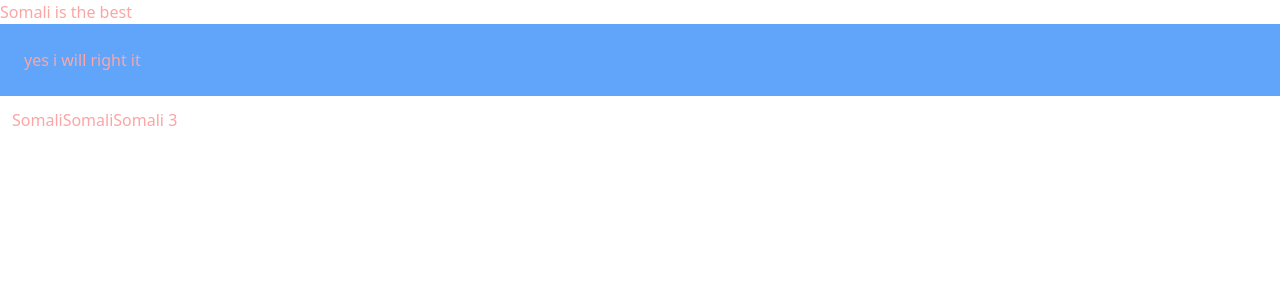
Repository: Abdulahi338/TailwindCss-exercise
Page: index.html
An editor plug-in stored every save of this project. The page is shown before and after the next save, followed by the edit.
The browser window is 1280 px wide. The pictures show the whole page.
Some web libraries are served in a nearby version.

Above is the page before, as saved 2025-06-06 13:16:00.

### index.html
<!DOCTYPE html>
<html lang="en">
<head>
    <meta charset="UTF-8">
    <meta name="viewport" content="width=device-width, initial-scale=1.0">
    <title>Document</title>
  <script src="https://cdn.tailwindcss.com"></script>
</head>
<body>
    <div class="flex flex-center flex-col ">
         <h2 class="text-red-300">Somali is the best</h2>
    <h3 class="text-red-300 p-6 md-12 bg-blue-400">yes i will right it</h3>

    </div>

    <div class="flex  initial-scale  flex-row bg p-3 text-red-300
    ">
    <div class="">Somali</div>
    <div>Somali</div>
    <div>Somali  3</div>

    </div>

</body>
</html>

After the next save:
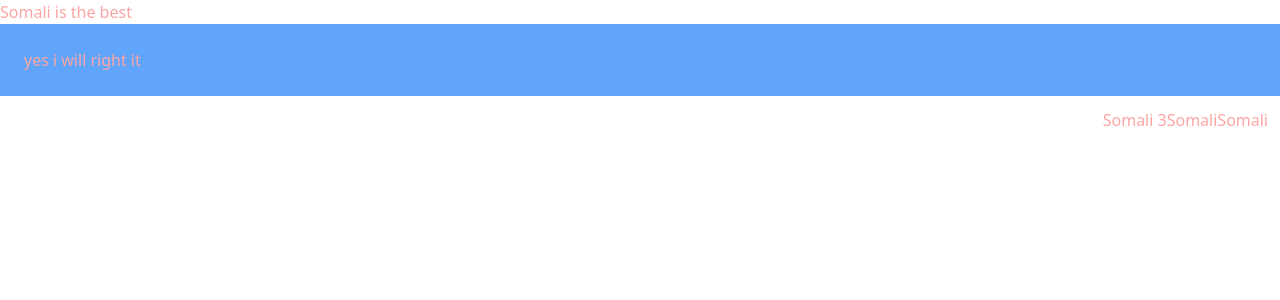
Saved 7 s later.
--- a/index.html
+++ b/index.html
@@ -13,7 +13,7 @@
 
     </div>
 
-    <div class="flex  initial-scale  flex-row bg p-3 text-red-300
+    <div class="flex  initial-scale  flex-row-reverse bg p-3 text-red-300
     ">
     <div class="">Somali</div>
     <div>Somali</div>
